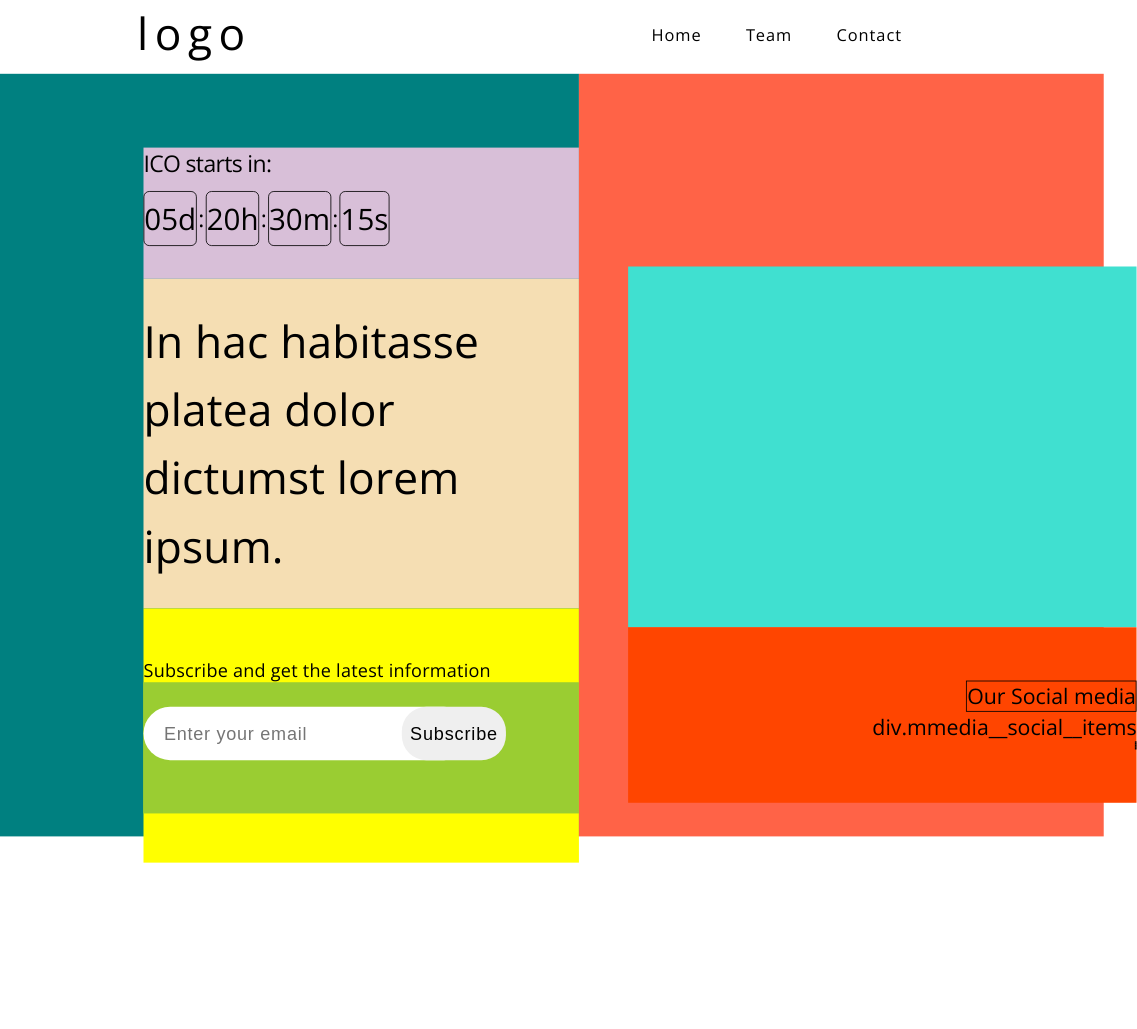
Repository: McGregorSt/newOne
Page: index.html
An editor plug-in stored every save of this project. The page is shown before and after a run of saves, followed by the edit.
The browser window is 1280 px wide. The page is 1386 px wide, so the pictures cover 1386 px, including what lies to the right of the window. The pictures show the whole page, at 82% of full size.

Above is the page before, as saved 2019-12-13 19:02:58.

After the next 4 saves:
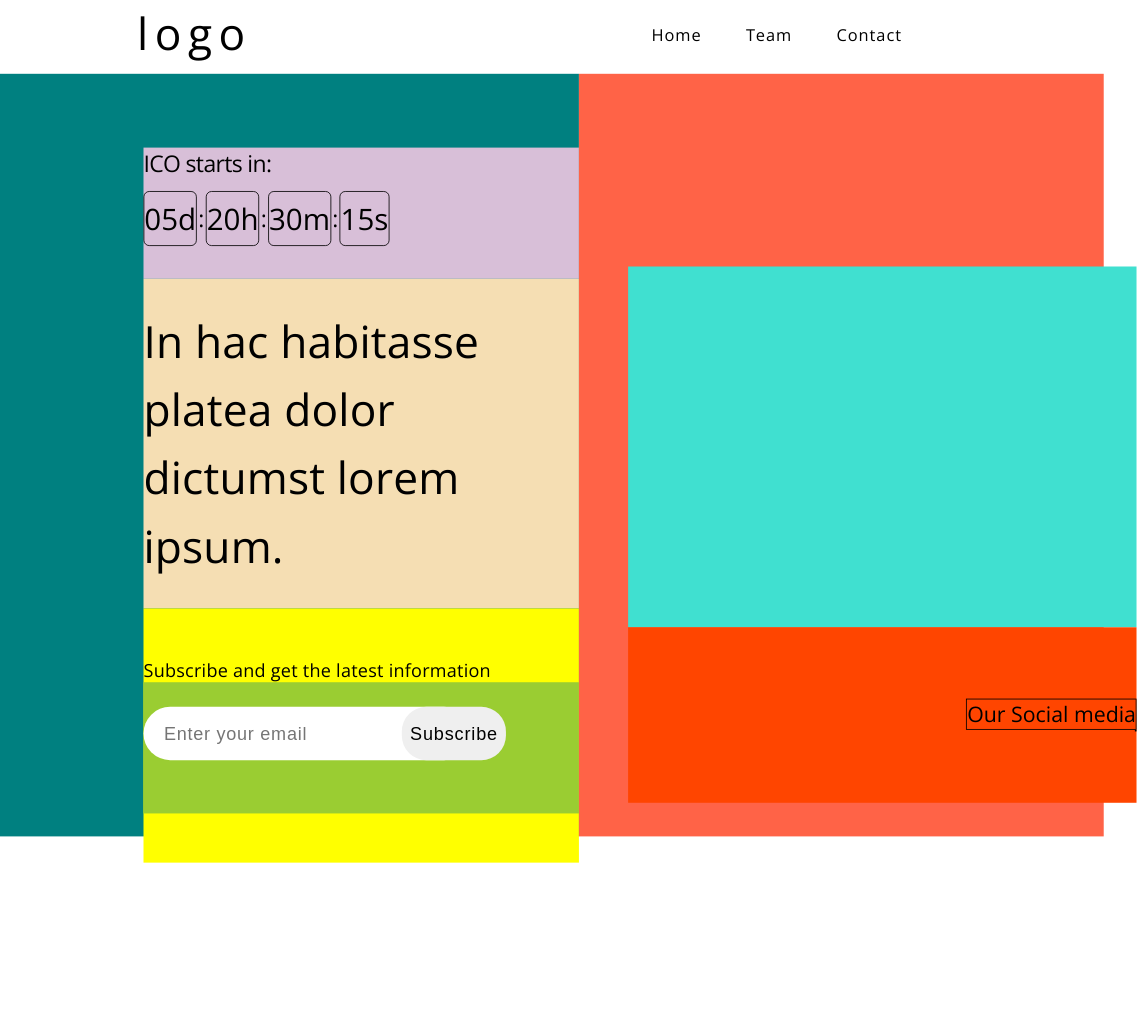
The 4 saves are shown as one change because they came seconds apart.
The last was saved 15 s later.
--- a/index.html
+++ b/index.html
@@ -46,12 +46,13 @@
           <div class="media__player"></div>
           <div class="media__social">
             <span class="media__social__header">Our Social media</span>
-            div.mmedia__social__items
-            <div class="media__social__tt"></div>
-            <div class="media__social__fb"></div>
-            <div class="media__social__md"></div>
-            <div class="media__social__gh"></div>
-            <div class="media__social__mail"></div>
+            <div class="mmedia__social__items">
+              <div class="media__social__tt"></div>
+              <div class="media__social__fb"></div>
+              <div class="media__social__md"></div>
+              <div class="media__social__gh"></div>
+              <div class="media__social__mail"></div>
+            </div>
           </div>
         </div>
       </div>
